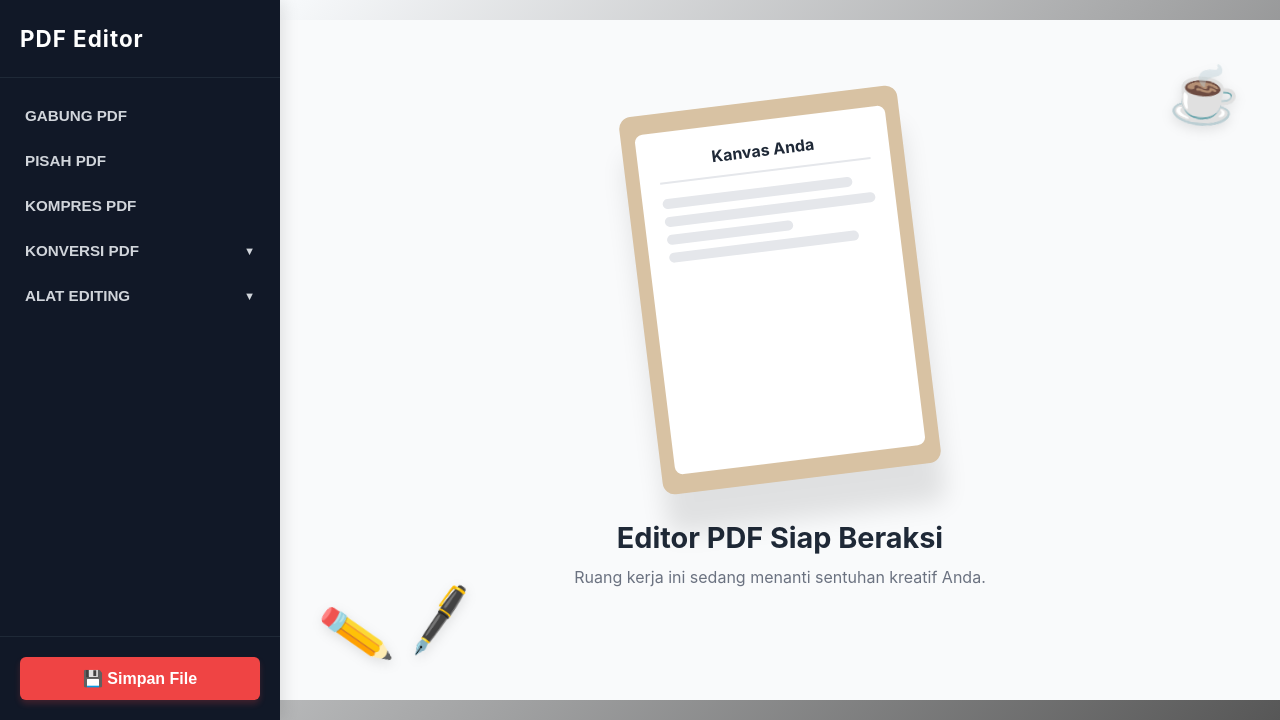
Repository: IkhsanMoekhtar/pdf_editor
Page: /
The author's editor kept a copy of each file at every save. The page is drawn from the files as they stood at one save, then again after the next save.
The browser window is 1280 px wide. The pictures show the whole page.
The project was rebuilt for these pictures with package versions that can differ from the ones it lists, and the page was loaded fresh each time. Also part of the build but not shown: vite.config.js.

Above is the page before, as saved 2026-03-20 04:04:13.

After the next save:
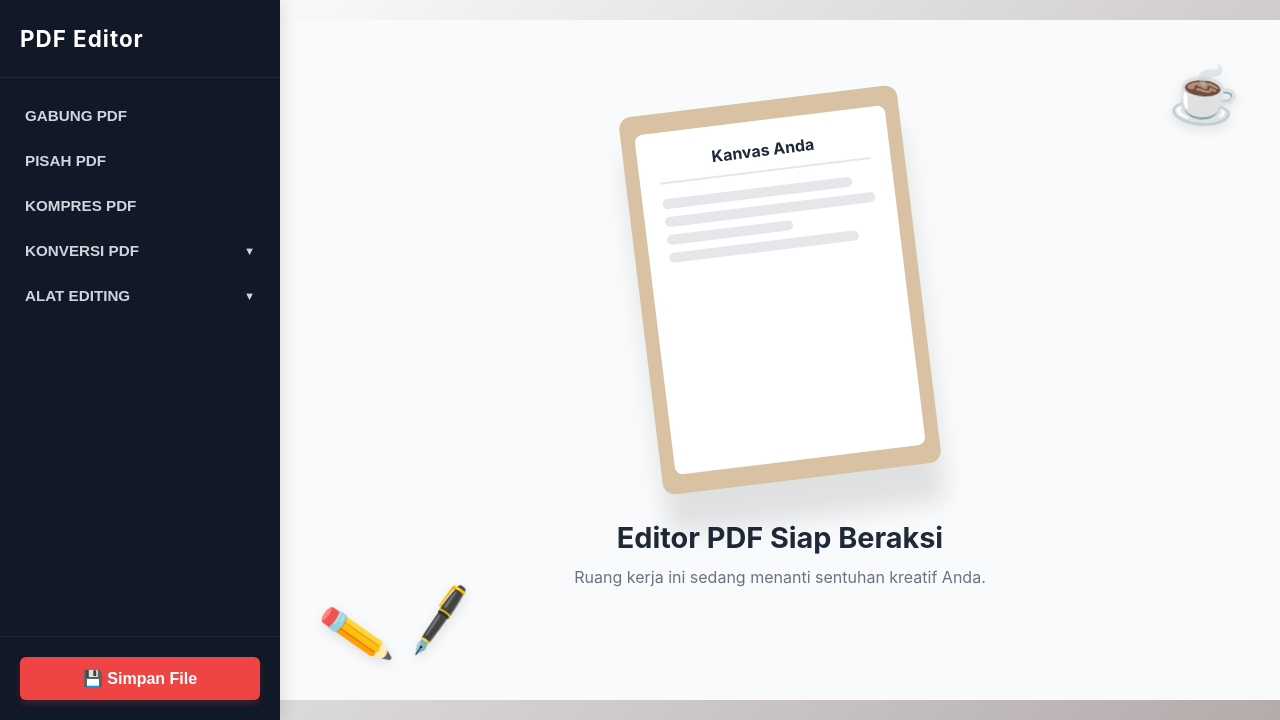
Saved 9 s later.
--- a/src/App.jsx
+++ b/src/App.jsx
@@ -273,7 +273,7 @@ function App() {
             justifyContent: 'center',
             overflow: 'hidden',
             // Hapus backgroundColor, ganti dengan backgroundImage
-            backgroundImage: 'linear-gradient(135deg, #f8fafc 0%, #575757 100%)'
+            backgroundImage: 'linear-gradient(135deg, #f8fafc 0%, #b4abab 100%)'
           }}
         >
           {pdfFile ? (
